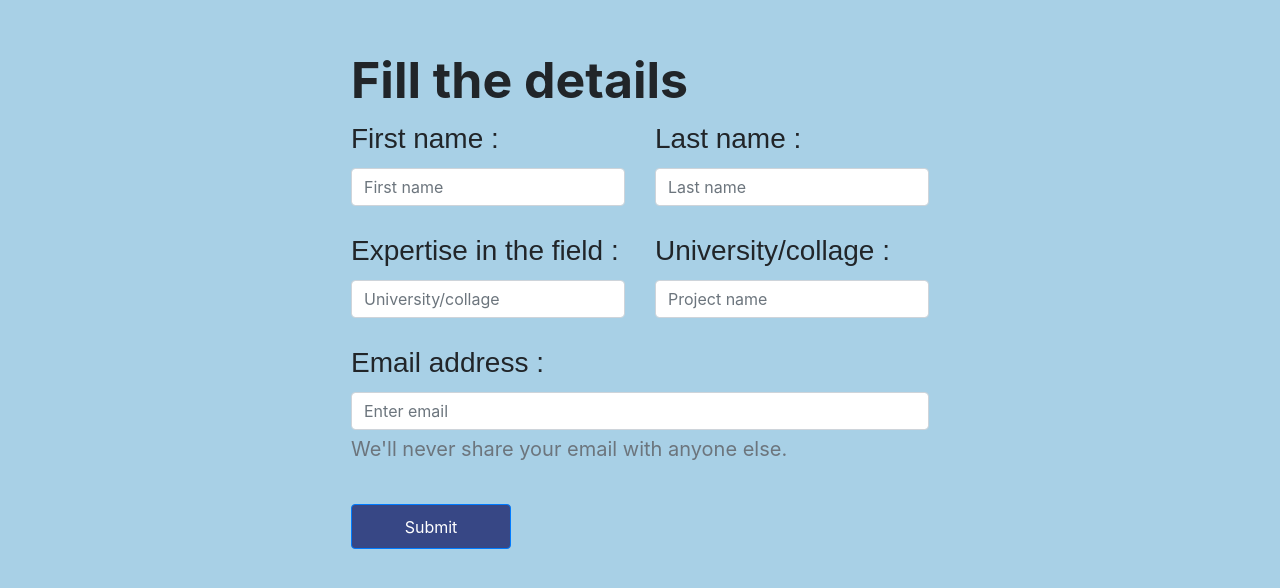
Repository: Sanskriti002/collaborate
Page: form.html
The author's editor kept a copy of each file at every save. The page is drawn from the files as they stood at one save, then again after a run of saves.
The browser window is 1280 px wide. The pictures show the whole page.

Above is the page before, as saved 2023-09-21 21:43:06.

After the next 2 saves:
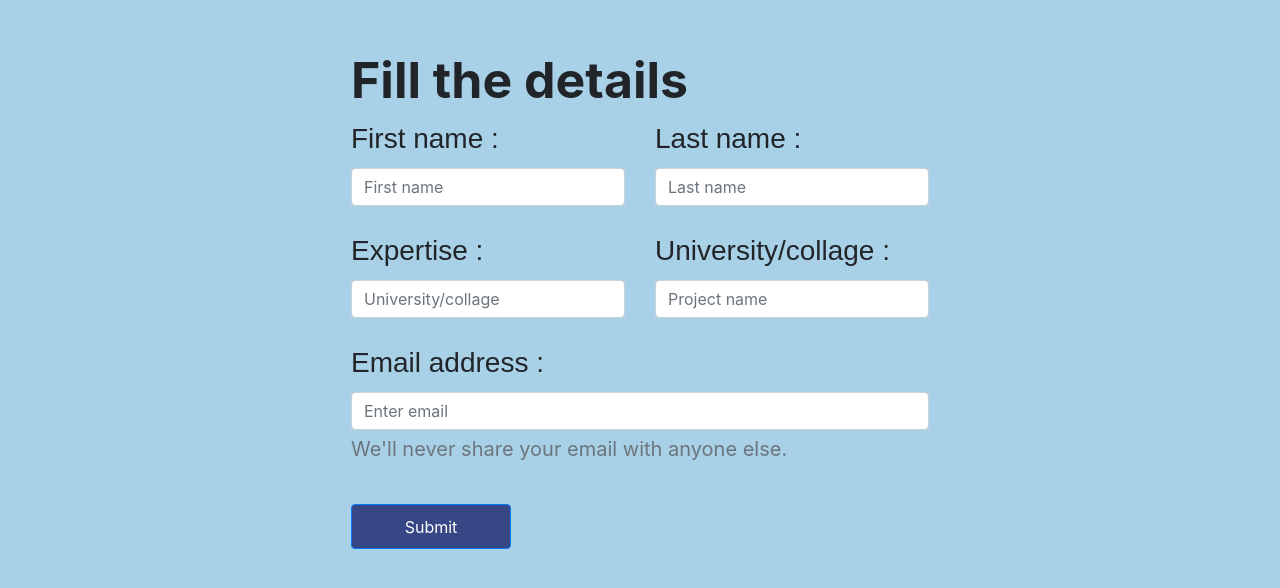
The 2 saves are shown as one change because they came seconds apart.
The last was saved 2 min 27 s later.
--- a/form.html
+++ b/form.html
@@ -25,7 +25,7 @@
         <br>
         <div class="row">
             <div class="col">
-              <label>Expertise in the field :</label>
+              <label>Expertise :</label>
               <input type="text" class="form-control" placeholder="University/collage">
             </div>
             <div class="col">
